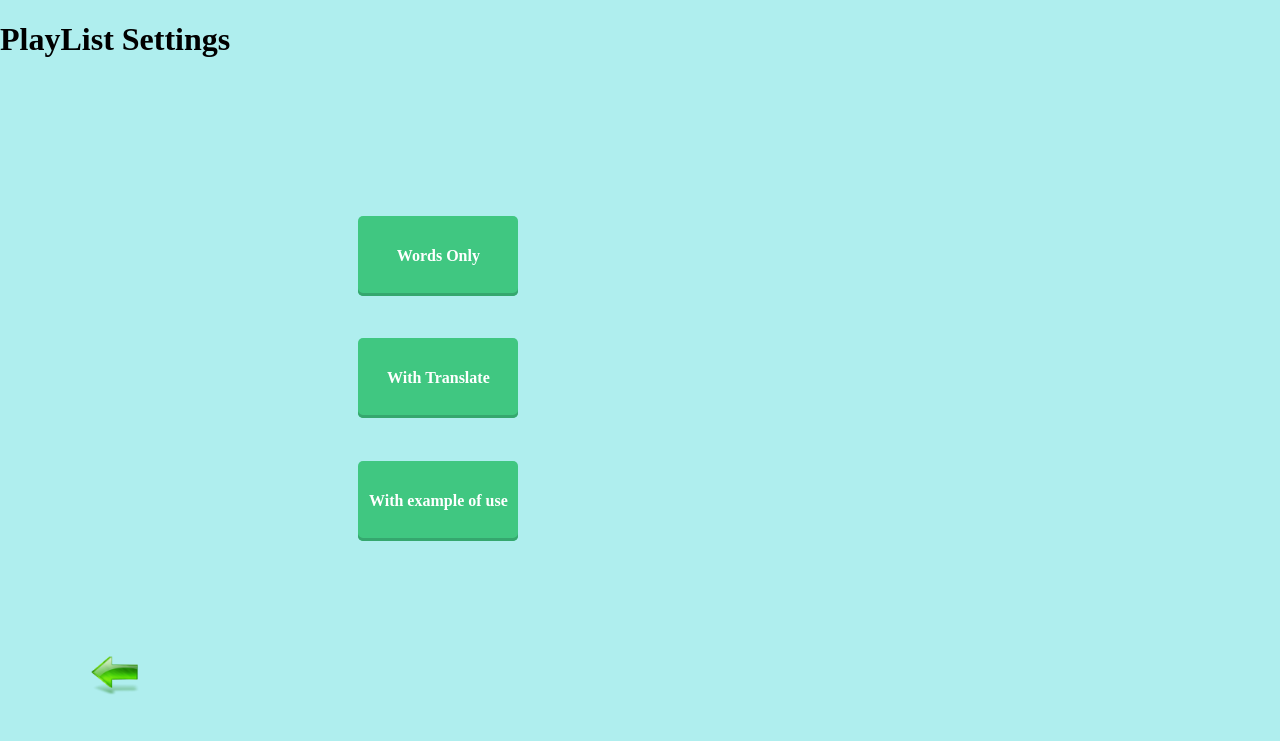
Repository: Artem-Brunov/msu_prac
Page: workspace/BasicUI/NewSettings.html
The author's editor kept a copy of each file at every save. The page is drawn from the files as they stood at one save, then again after the next save.
The browser window is 1280 px wide. The pictures show the whole page.

Above is the page before, as saved 2017-11-20 02:34:50.

### workspace/BasicUI/NewSettings.html
<!DOCTYPE html>
<html>
<head>
  <meta charset="utf-8" />
    <meta name="viewport" content="width=device-width, initial-scale=1.0, maximum-scale=1.0">
    <meta name="description" content="Tizen Mobile Web Basic Template" />

    <title>Tizen Mobile Web Basic Application</title>
    <link rel="stylesheet" type="text/css" href="css/NewPlaylist.css" />
    <link rel="stylesheet" type="text/css" href="css/style.css" />
</head>
<body>
	<div class = "main">
		<div class = "Settings">
			<h1>PlayList Settings</h1>
		</div>
		<div class = "FastPlay">
			<a href = "NewWithoutTr.html" class = "first_button">Words Only</a>
		</div>
		<div class = "New">
			<a href = "NewWithTranslate.html" class = "first_button" >With Translate</a>
		</div>
		<div class = "Select">
			<a href = "NewWithBonus.html" class = "first_button" >With example of use</a>
		</div>
		<div class = "BBack">
			<a href = "index.html"><img src="images/Back.png" width="50"
  height="50" alt="One step back"></a>
		</div>

	</div>
</body>
</html>

### workspace/BasicUI/css/NewPlaylist.css
.Return {
	position: absolute;
  	top: 24%;
  	left:50%;

}
.Add {
	position: absolute;
  	top: 4%;
  	left: 50%;
}
.BBack{
	position: absolute;
  	top: 90%;
  	left: 7%;
}

### workspace/BasicUI/css/style.css
html,
body {
    width: 100%;
    height: 100%;
    margin: 0 auto;
    padding: 0;
    background: PaleTurquoise;
 }
 .titl{

 	position: absolute;
 	left: 25.5%;
 	top: 10%;
 	color: Gray;
 }
 a.first_button {

	display: block;
	width: 160px;
	height: 80px;
  	line-height: 5em;
	border-radius: 5px;
 	background: rgb(64,199,129);
	box-shadow: 0 -3px rgb(53,167,110) inset;
	font-weight: 900;
  	color: white;
  	text-align: center;
  	text-decoration: none;
  	transition: 0.2s;
}
a.first_button:hover { background: rgb(53, 167, 110); }
a.first_button:active {
  background: rgb(33,147,90);
  box-shadow: 0 3px rgb(33,147,90) inset;
}
.New {
	position: absolute;
  	top: 47%;
  	left: 28%;

}
.Select {
	position: absolute;
  	top: 64%;
  	left: 28%;

}
.FastPlay {
	position: absolute;
  	top: 30%;
  	left: 28%;

}

After the next save:
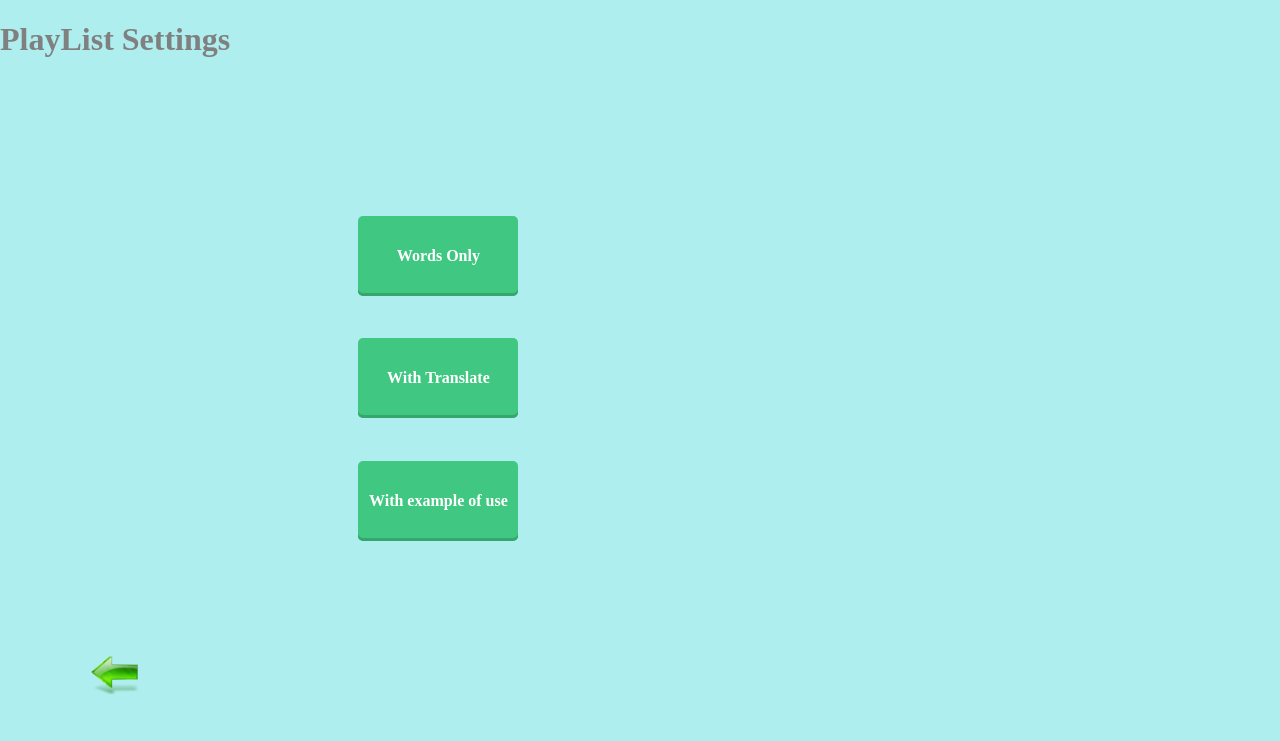
Saved 3 min 15 s later.
--- a/workspace/BasicUI/css/NewPlaylist.css
+++ b/workspace/BasicUI/css/NewPlaylist.css
@@ -14,3 +14,8 @@
   	top: 90%;
   	left: 7%;
 }
+.Settings{
+	left: 20%;
+	top: 10%;
+ 	color: Gray;
+}
